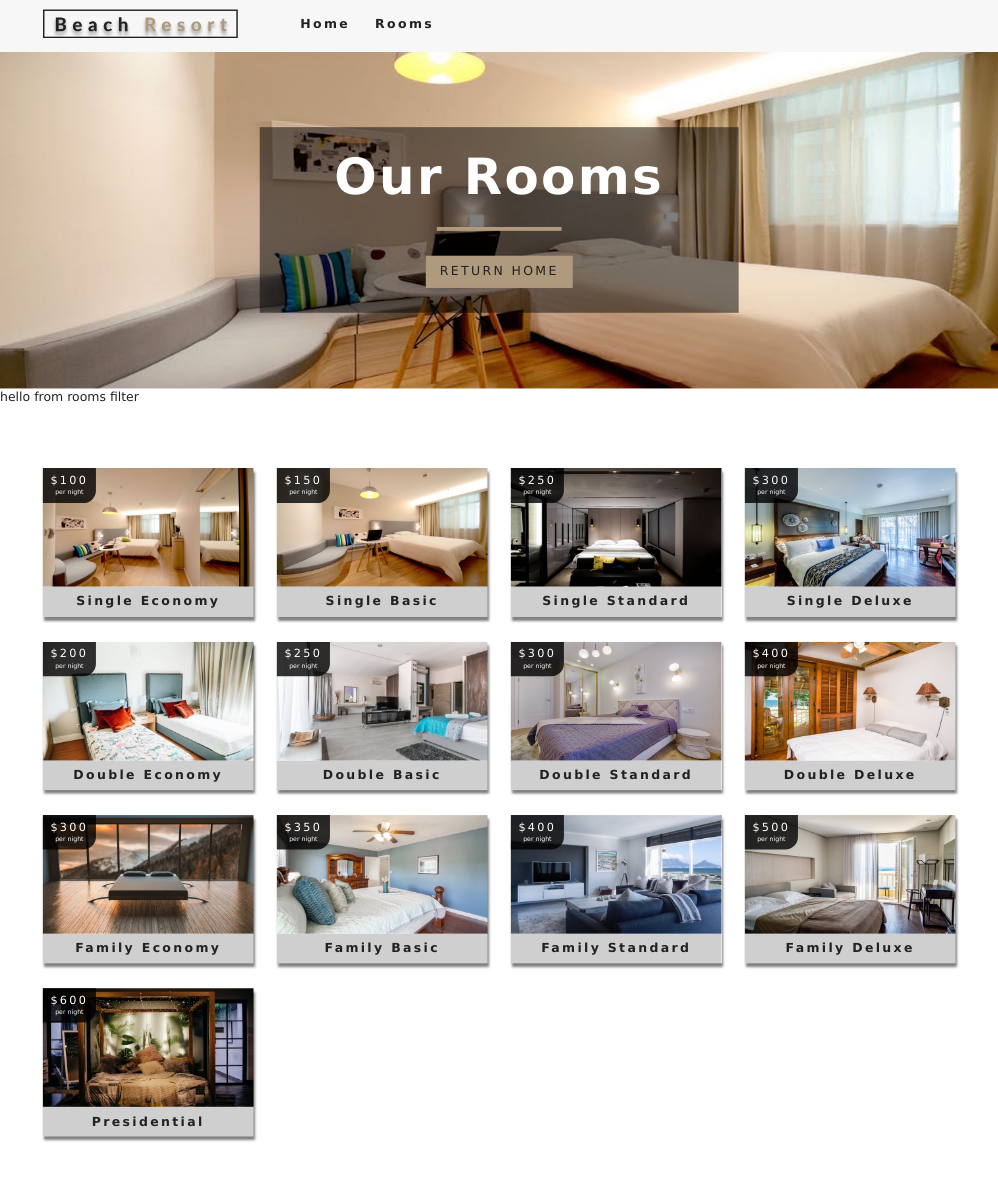
Repository: thanhn379/react-beach-resort
Page: /rooms
These files come from the project's save history. The page is drawn as it stood at one moment and after the next save; the edit follows.
The browser window is 1280 px wide. The pictures show the whole page, at 78% of full size.
The project was rebuilt for these pictures with package versions that can differ from the ones it lists, and the page was loaded fresh each time. Also part of the build but not shown: src/components/Title.js, src/components/Services.js, src/components/FeaturedRooms.js, src/pages/Home.js, src/components/StyledHero.js, src/pages/SingleRoom.js, src/pages/Error.js.

Above is the page before, as saved 2019-11-18 12:16:57.

### public/index.html
<!DOCTYPE html>
<html lang="en">
  <head>
    <meta charset="utf-8" />
    <link rel="icon" href="%PUBLIC_URL%/favicon.ico" />
    <meta name="viewport" content="width=device-width, initial-scale=1" />
    <meta name="theme-color" content="#000000" />
    <meta
      name="description"
      content="Web site created using create-react-app"
    />
    <link rel="apple-touch-icon" href="logo192.png" />
    <!--
      manifest.json provides metadata used when your web app is installed on a
      user's mobile device or desktop. See https://developers.google.com/web/fundamentals/web-app-manifest/
    -->
    <link rel="manifest" href="%PUBLIC_URL%/manifest.json" />
    <!--
      Notice the use of %PUBLIC_URL% in the tags above.
      It will be replaced with the URL of the `public` folder during the build.
      Only files inside the `public` folder can be referenced from the HTML.

      Unlike "/favicon.ico" or "favicon.ico", "%PUBLIC_URL%/favicon.ico" will
      work correctly both with client-side routing and a non-root public URL.
      Learn how to configure a non-root public URL by running `npm run build`.
    -->
    <title>Resort recording</title>
  </head>
  <body>
    <noscript>You need to enable JavaScript to run this app.</noscript>
    <div id="root"></div>
    <!--
      This HTML file is a template.
      If you open it directly in the browser, you will see an empty page.

      You can add webfonts, meta tags, or analytics to this file.
      The build step will place the bundled scripts into the <body> tag.

      To begin the development, run `npm start` or `yarn start`.
      To create a production bundle, use `npm run build` or `yarn build`.
    -->
  </body>
</html>

### src/index.js
import React from "react";
import ReactDOM from "react-dom";
import { BrowserRouter as Router } from "react-router-dom";
// import './index.css';
import App from "./App";
import * as serviceWorker from "./serviceWorker";
import { RoomProvider } from "./context";

ReactDOM.render(
  <RoomProvider>
    <Router>
      <App />
    </Router>
  </RoomProvider>,
  document.getElementById("root")
);

// If you want your app to work offline and load faster, you can change
// unregister() to register() below. Note this comes with some pitfalls.
// Learn more about service workers: https://bit.ly/CRA-PWA
serviceWorker.unregister();

### src/App.js
import React from "react";
import "./App.css";

import NavBar from "./components/NavBar";

import Home from "./pages/Home";
import Rooms from "./pages/Rooms";
import SingleRoom from "./pages/SingleRoom";
import Error from "./pages/Error";

import { Route, Switch } from "react-router-dom";

function App() {
  return (
    <>
      <NavBar />
      <Switch>
        <Route exact path="/" component={Home} />
        <Route exact path="/rooms/" component={Rooms} />
        <Route exact path="/rooms/:slug/" component={SingleRoom} />
        <Route component={Error} />
      </Switch>
    </>
  );
}

export default App;

### src/context.js
import React, { Component } from "react";
import items from "./data";

const RoomContext = React.createContext();

class RoomProvider extends Component {
  state = { rooms: [], sortedRooms: [], featuredRooms: [], loading: true };

  //getData

  componentDidMount() {
    // this.getData
    let rooms = this.formatData(items);
    let featuredRooms = rooms.filter(room => room.featured === true);

    this.setState({ rooms, featuredRooms, sortedRooms: rooms, loading: false });
  }

  formatData(items) {
    let tempItems = items.map(item => {
      let id = item.sys.id;
      let images = item.fields.images.map(image => image.fields.file.url);

      let room = { ...item.fields, images, id };

      return room;
    });

    return tempItems;
  }

  getRoom = slug => {
    let tempRooms = [...this.state.rooms];
    const room = tempRooms.find(room => room.slug === slug);
    return room;
  };

  render() {
    return (
      <RoomContext.Provider value={{ ...this.state, getRoom: this.getRoom }}>
        {this.props.children}
      </RoomContext.Provider>
    );
  }
}

const RoomConsumer = RoomContext.Consumer;

export function withRoomConsumer(Component) {
  return function consumerWrapper(props) {
    return (
      <RoomConsumer>
        {value => <Component {...props} context={value} />}
      </RoomConsumer>
    );
  };
}

export { RoomProvider, RoomConsumer, RoomContext };

### src/components/NavBar.js
import React, { Component } from "react";
import Logo from "../images/logo.svg";
import { FaAlignRight } from "react-icons/fa";
import { Link } from "react-router-dom";

export default class NavBar extends Component {
  state = {
    isOpen: false
  };
  handleToggle = () => {
    this.setState({ isOpen: !this.state.isOpen });
  };
  render() {
    return (
      <nav className="navbar">
        <div className="nav-center">
          <div className="nav-header">
            <Link to="/">
              <img src={Logo} alt="Beach Resort" />
            </Link>
            <button
              type="button"
              className="nav-btn"
              onClick={this.handleToggle}
            >
              <FaAlignRight className="nav-icon" />
            </button>
          </div>
          <ul
            className={this.state.isOpen ? "nav-links show-nav" : "nav-links"}
          >
            <li>
              <Link to="/">Home</Link>
            </li>
            <li>
              <Link to="/rooms">Rooms</Link>
            </li>
          </ul>
        </div>
      </nav>
    );
  }
}

### src/pages/Rooms.js
import React from "react";
import Hero from "../components/Hero";
import Banner from "../components/Banner";
import { Link } from "react-router-dom";
import RoomContainer from "../components/RoomContainer";

const Rooms = () => {
  return (
    <>
      <Hero hero="roomsHero">
        <Banner title="our rooms">
          <Link to="/" className="btn-primary">
            return home
          </Link>
        </Banner>
      </Hero>

      <RoomContainer />
    </>
  );
};

export default Rooms;

### src/components/RoomContainer.js
import React from "react";
import RoomFilter from "./RoomFilter";
import RoomList from "./RoomList";
import { withRoomConsumer } from "../context";
import Loading from "./Loading";

function RoomContainer({ context }) {
  const { loading, sortedRooms, rooms } = context;
  if (loading) {
    return <Loading />;
  }

  return (
    <>
      <RoomFilter rooms={rooms} />
      <RoomList rooms={sortedRooms} />
    </>
  );
}

export default withRoomConsumer(RoomContainer);

// import React from "react";
// import RoomFilter from "./RoomFilter";
// import RoomList from "./RoomList";
// import { RoomConsumer } from "../context";
// import Loading from "./Loading";

// export default function RoomContainer() {
//   return (
//     <RoomConsumer>
//       {value => {
//         const { loading, sortedRooms, rooms } = value;
//         if (loading) {
//           return <Loading />;
//         }

//         return (
//           <div>
//             hello from rooms container
//             <RoomFilter rooms={rooms} />
//             <RoomList rooms={sortedRooms} />
//           </div>
//         );
//       }}
//     </RoomConsumer>
//   );
// }

### src/components/Loading.js
import React from "react";
import loadingGif from "../images/gif/loading-arrow.gif";

export default function Loading() {
  return (
    <div className="loading">
      <h4>rooms data loading ...</h4>
      <img src={loadingGif} alt="" />
    </div>
  );
}

### src/components/Room.js
import React from "react";
import { Link } from "react-router-dom";
import defaultImg from "../images/room-1.jpeg";
import PropTypes from "prop-types";

export default function Room({ room }) {
  let { name, slug, images, price } = room;

  return (
    <article className="room">
      <div className="img-container">
        <img src={images[0] || defaultImg} alt="single room" />
        <div className="price-top">
          <h6>${price}</h6>
          <p>per night</p>
        </div>
        <Link to={`/rooms/${slug}`} className="btn-primary room-link">
          Features
        </Link>
      </div>
      <p className="room-info">{name}</p>
    </article>
  );
}

Room.propTypes = {
  room: PropTypes.shape({
    name: PropTypes.string.isRequired,
    slug: PropTypes.string.isRequired,
    images: PropTypes.arrayOf(PropTypes.string).isRequired,
    price: PropTypes.number.isRequired
  })
};

### src/components/RoomFilter.js
import React from 'react'

export default function RoomsFilter() {
  return (
    <div>
      hello from rooms filter
    </div>
  )
}

### src/components/RoomList.js
import React from "react";
import Room from "./Room";

export default function RoomsList({ rooms }) {
  if (rooms.length === 0) {
    return (
      <div className="empty-search">
        <h3>unfortunately no rooms matched search parameters</h3>
      </div>
    );
  }
  return (
    <section className="roomslist">
      <div className="roomslist-center">
        {rooms.map(item => {
          return <Room key={item.id} room={item} />;
        })}
      </div>
    </section>
  );
}

Loaded but not shown: src/serviceWorker.js (common file); src/App.css (common file); src/components/Hero.js (common file); src/components/Banner.js (common file); src/data.js (760 lines, source omitted)

After the next save:
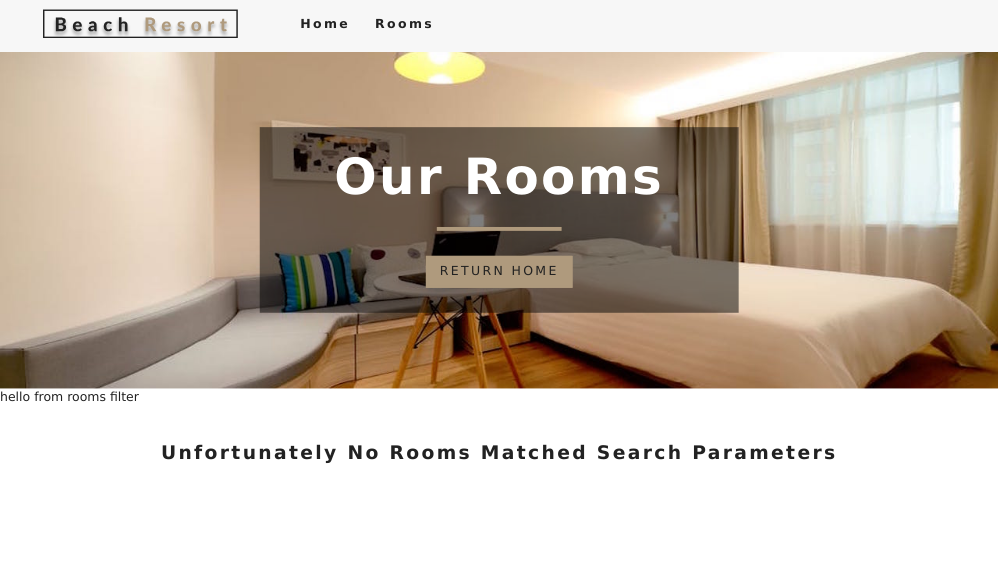
Saved 2 min 7 s later.
--- a/src/context.js
+++ b/src/context.js
@@ -13,7 +13,7 @@
     let rooms = this.formatData(items);
     let featuredRooms = rooms.filter(room => room.featured === true);
 
-    this.setState({ rooms, featuredRooms, sortedRooms: rooms, loading: false });
+    this.setState({ rooms, featuredRooms, sortedRooms: [], loading: false });
   }
 
   formatData(items) {

After the save that followed:
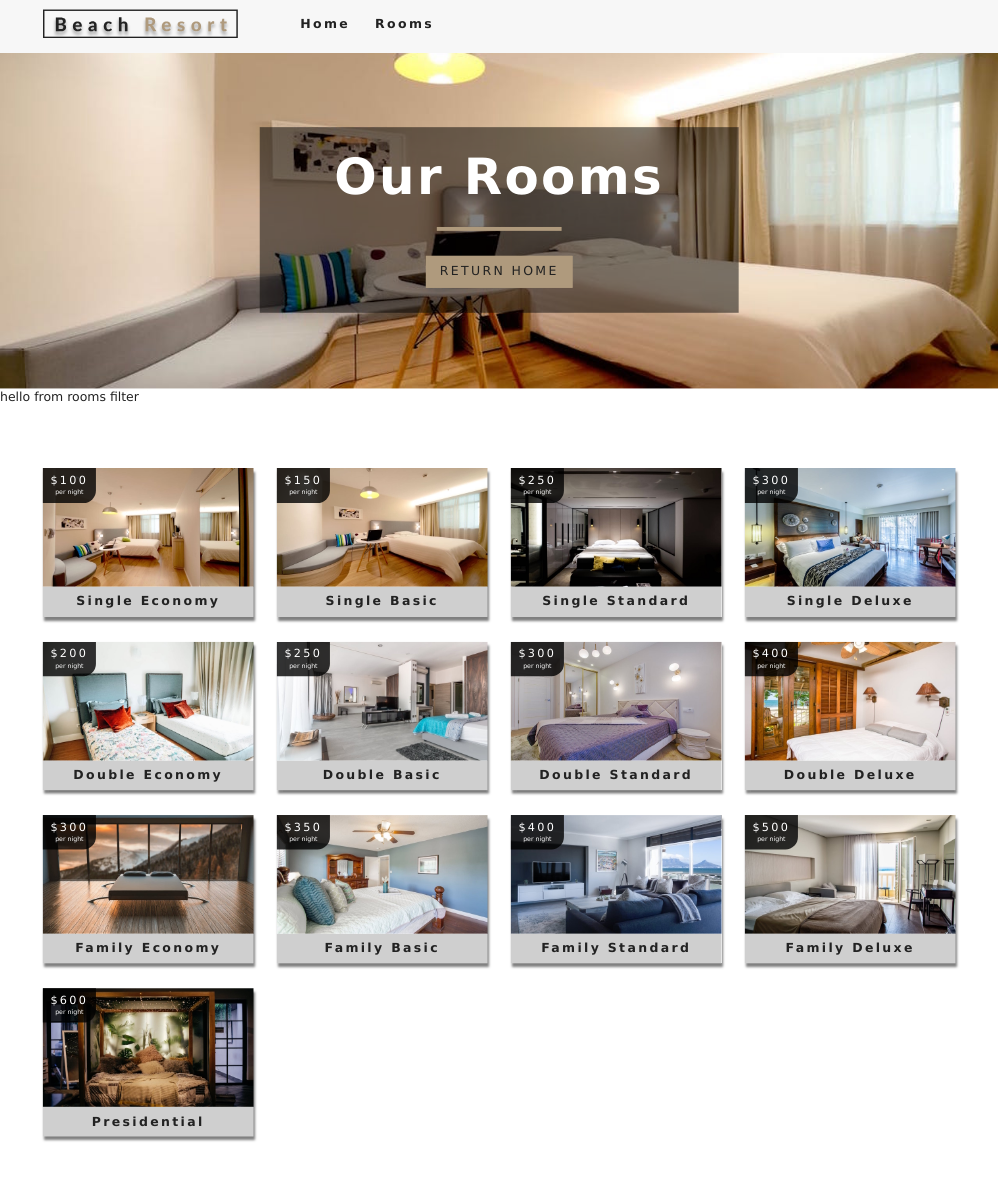
Saved 6 s later.
--- a/src/context.js
+++ b/src/context.js
@@ -13,7 +13,7 @@
     let rooms = this.formatData(items);
     let featuredRooms = rooms.filter(room => room.featured === true);
 
-    this.setState({ rooms, featuredRooms, sortedRooms: [], loading: false });
+    this.setState({ rooms, featuredRooms, sortedRooms: rooms, loading: false });
   }
 
   formatData(items) {
